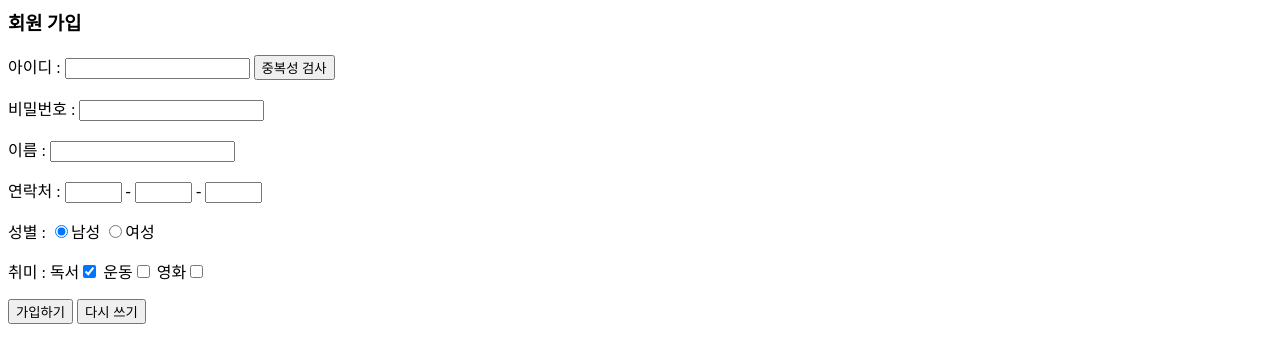
Repository: peanutBana/jsp_project
Page: http://localhost/JSPBook/ch06/form03.jsp
These files come from the project's save history. The page is drawn as it stood at one moment and after the next save; the edit follows.
The browser window is 1280 px wide. The pictures show the whole page.
The page is served by Tomcat 9.

Above is the page before, as saved 2022-10-05 00:56:55.

After the next save:
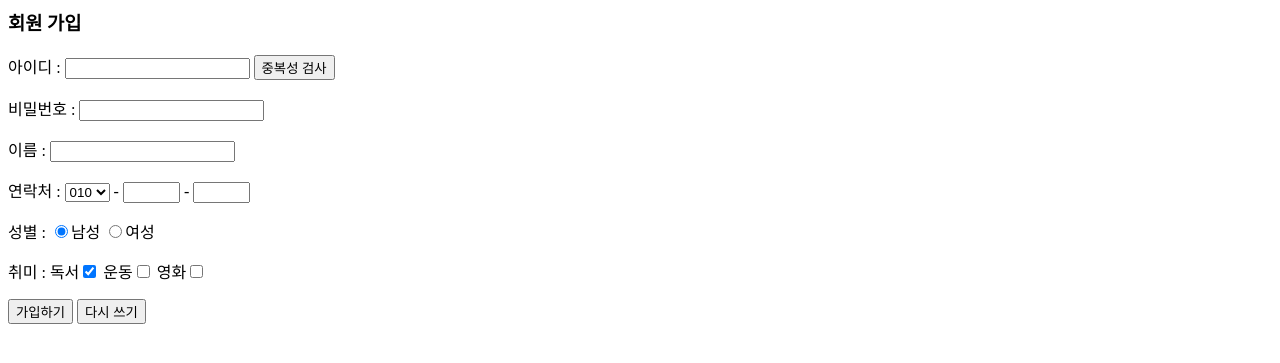
Saved 35 min 10 s later.
--- a/JSPBook/src/main/webapp/ch06/form03.jsp
+++ b/JSPBook/src/main/webapp/ch06/form03.jsp
@@ -9,9 +9,14 @@
 		<p>아이디 : <input type="text" name="id"> <input type="button" value="중복성 검사">
 		<p>비밀번호 : <input type="password" name="passwd">
 		<p>이름 : <input type="text" name="name">
-		<p>연락처 : <input type="text" maxlength="4" size="4" name="phone1"> -
-				  <input type="text" maxlength="4" size="4" name="phone2"> -
-				  <input type="text" maxlength="4" size="4" name="phone3">
+		<p>연락처 : <select name="phone1">
+					<option value="010">010</option>
+					<option value="011">011</option>
+					<option value="016">016</option>
+					<option value="017">017</option>
+					<option value="019">019</option>
+				  </select> - <input type="text" maxlength="4" size="4" name="phone2">
+				  			- <input type="text" maxlength="4" size="4" name="phone3">
 		<p>성별 : <input type="radio" name="sex" value="남성" checked>남성
 				 <input type="radio" name="sex" value="여성">여성
 		<p>취미 : 독서<input type="checkbox" name="hobby1" checked>
